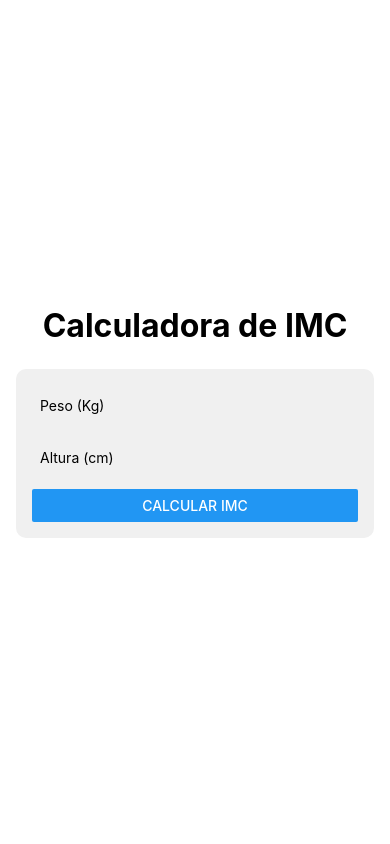
Repository: GustaPit/CalculadoraIMCpam
Screen: /
An editor plug-in stored every save of this project. The screen is shown before and after the next save, followed by the edit.
The app was drawn by React Native's web renderer in a window 390 px wide. The project was rebuilt for these pictures with package versions that can differ from the ones it lists, and the page was loaded fresh each time. Some packages were replaced by stand-ins written for this rebuild. Also part of the build but not shown: src/components/Result.js.

Above is the screen before, as saved 2025-04-04 11:55:04.

### App.js
import { StyleSheet, Text, View } from 'react-native';
import Title from './src/components/Title';
import FormIMC from './src/components/FormIMC';

export default function App() {
  return (
    <View style={styles.container}>
     <Title/>
     <FormIMC/>
    </View>
  );
}

const styles = StyleSheet.create({
  container: {
    flex: 1,
    backgroundColor: '#fff',
    padding: 16,
    justifyContent: 'center',
  },
});

### src/components/Title.js
import { Text, StyleSheet } from 'react-native';

const Title = () => {
    return (
    <Text style={styles.title}>Calculadora de IMC</Text>
    );
};

const styles = StyleSheet.create({
  title: {
    fontSize:32,
    fontWeight: 'bold',
    textAlign: 'center',
    marginBottom: 24,
  },
});

export default Title;

### src/components/FormIMC.js
import { View, TextInput, Button, StyleSheet } from 'react-native';
import Result from './Result';
import { useState } from 'react';

const FormIMC = () => {
    const [peso, setPeso] = useState('');
    const [altura, setAltura] = useState('');
    const [imc, setImc] = useState(null);

    const CalcularIMC = () => {
        if (peso && altura) {
            const alturaMetros = parseFloat(altura) / 100;
            const imcCalculado = (parseFloat(peso) / (alturaMetros * alturaMetros)).toFixed(2);
            setImc(imcCalculado);
        }
    };

    return (
        <View style={styles.formContainer}>
            <TextInput
                style={styles.input}
                placeholder="Peso (Kg)"
                keyboardType="numeric"
                value={peso}
                onChangeText={setPeso}
            />
            <TextInput
                style={styles.input}
                placeholder="Altura (cm)"
                keyboardType="numeric"
                value={altura}
                onChangeText={setAltura}
            />
            <Button title="Calcular IMC" onPress={CalcularIMC} />
            {imc && <Result imc={imc} />}
        </View>
    );
};

const styles = StyleSheet.create({
    formContainer: {
        backgroundColor: '#f0f0f0',
        padding: 16,
        borderRadius: 10,
    },
    input: {
        height: 40,
        borderColor: 'gray',
        borderWidht: 1,
        marginBottom: 12,
        paddingHorizontal: 8,
        borderRadius: 5,
    },
});

export default FormIMC;

Loaded but not shown: index.js (common file)

After the next save:
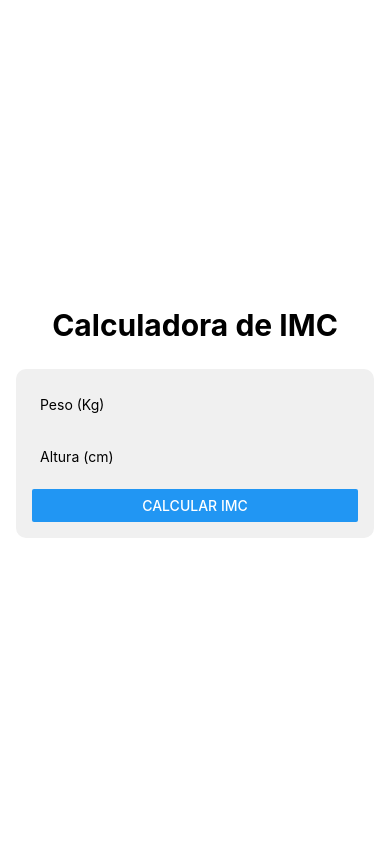
Saved 95 s later.
--- a/src/components/Title.js
+++ b/src/components/Title.js
@@ -8,10 +8,10 @@ const Title = () => {
 
 const styles = StyleSheet.create({
   title: {
-    fontSize:32,
+    fontSize:30,
     fontWeight: 'bold',
     textAlign: 'center',
-    marginBottom: 24,
+    marginBottom: 26,
   },
 });
 
